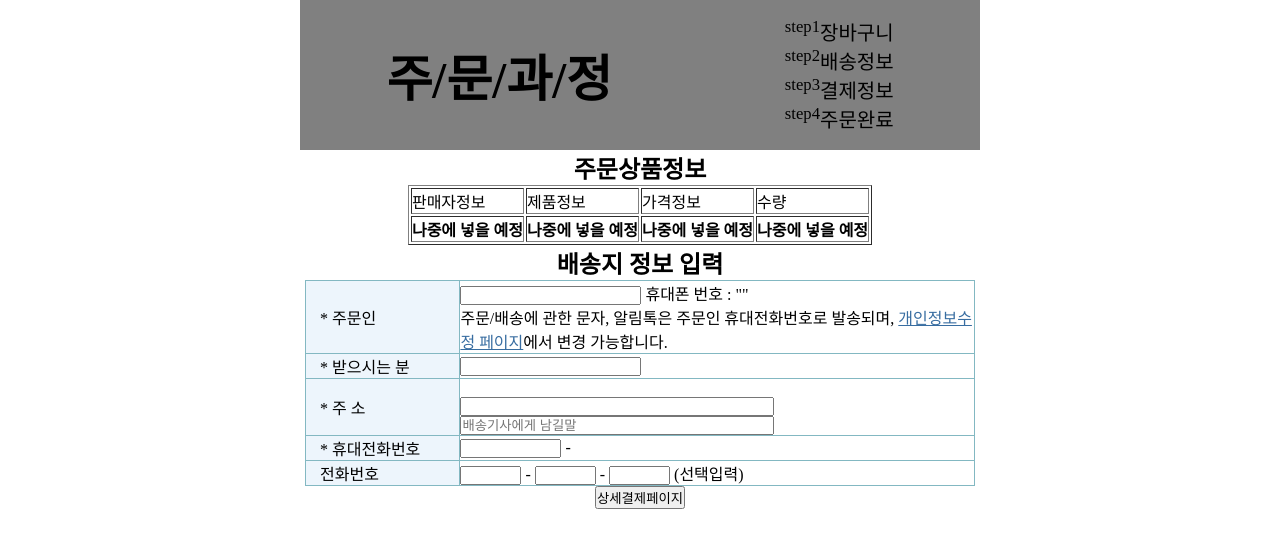
Repository: kym-1000/book
Page: http://localhost/book/WEB-INF/views/cart/ShippingInformation.jsp
An editor plug-in stored every save of this project. The page is shown before and after the next save, followed by the edit.
The browser window is 1280 px wide. The pictures show the whole page.
The page is served by Tomcat 9. Nobody is signed in. Other server files are loaded and not shown. The template is opened directly, without the code that normally fills it, so the values that code supplies are empty.

Above is the page before, as saved 2023-01-03 08:50:21.

### book/book/src/main/webapp/WEB-INF/views/cart/ShippingInformation.jsp
<%@ page language="java" contentType="text/html; charset=UTF-8"
    pageEncoding="UTF-8"%>
<%@ taglib uri="http://java.sun.com/jsp/jstl/core" prefix="c" %>

<!DOCTYPE html>
<html>
<head>
<meta charset="UTF-8">
<title>Insert title here</title>
<style type="text/css">


	*{
		margin: auto;
		padding: 0;
		}

	#productinfo{
		margin-left: 150px;
		margin-right: 150px;
		display : flex;
		align-items : center;
		}

	#DefaultAddr{
		margin-left: 150px;
		margin-right: 150px;
		display : flex;
		align-items : center;
		}

	#productprice{
		margin-left: 600px;
		margin-right: 600px;
		display : flex;
		align-items : center;
		border: 1 solid;
		text-align: center;
	}

	#btn{
		text-align: center;
		align-items : center;
		display : flex;
	}



</style>
</head>
<body>


<jsp:include page="../cart/cartheader.jsp"></jsp:include>

		<h2 style="text-align: center;">
			주문상품정보
		</h2>

	<div id="productinfo">
		<table border="1">
			<tr>
				<td>판매자정보</td>
				<td>제품정보</td>
				<td>가격정보</td>
				<td>수량</td>
			</tr>
			<tr>
				<th>나중에 넣을 예정</td>
				<th>나중에 넣을 예정</td>
				<th>나중에 넣을 예정</td>
				<th>나중에 넣을 예정</td>
			</tr>
		</table>
	</div>

	<h2 style="text-align: center;">배송지 정보 입력</h2>

	<form action="/cart/pay?mn=1" method="post">

		<div id="DefaultAddr">
			<table id="Table1" cellspacing="1" cellpadding="3" width="670" bgcolor="#83b8c2" border="0" align="center">
				<tbody>
				<tr>
					<td  bgcolor="#edf5fc" style="padding-left:14px; text-align: left; width: 23%"><span class="warning">* </span>주문인</td>
					<td bgcolor="#ffffff">
						<input type="text" name="OrdererName" class="form" value="${mvo.mem_id}" maxlength="20">

						 휴대폰 번호 : "${mvo.mem_cell_num}" <br>주문/배송에 관한 문자, 알림톡은 주문인 휴대전화번호로 발송되며,  <a style="color:#386da1" href="#" target="_blank">개인정보수정 페이지</a>에서 변경 가능합니다.

					</td>
				</tr>
				<tr>
					<td bgcolor="#edf5fc" style="padding-left:14px; text-align: left; width: 23%"><span class="warning">* </span>받으시는 분</td>
					<td bgcolor="#ffffff"><input class="form" type="text" maxlength="20" value="${mvo.mem_id}" name="ReceiverName">

					</td>
				</tr>

				<tr>
					<td bgcolor="#edf5fc" style="padding-left:14px; text-align: left; width: 23%"><span class="warning">*</span>
						주 소</td>
					<td bgcolor="#ffffff">

							<br>
							<input type="text" id="Address1" name="Address1" class="form" style="width:310px" maxlength="100" readonly="readonly" value="${mvo.mem_ad}">
							<br>
							<input type="text" id="Address2" name="Address2" class="form" style="width:310px" maxlength="100" value="" placeholder="배송기사에게 남길말">

					</td>
				</tr>
				<tr>
					<td bgcolor="#edf5fc" style="padding-left:14px; text-align: left; width: 23%"><span class="warning">* </span>휴대전화번호</td>
					<td bgcolor="#ffffff">
					<input class="form" type="text" maxlength="10" size="10" name="Hp1" value="${mvo.mem_cell_num}" readonly="readonly"> -



					</td>
				</tr>
				<tr>
					<td bgcolor="#edf5fc" style="padding-left:14px; text-align: left; width: 23%">
						전화번호</td>
					<td bgcolor="#ffffff">
					<input class="form" type="text" maxlength="4" size="5" name="Tel1" value=""> -
					 <input class="form" type="text" maxlength="4" size="5" name="Tel2" value=""> -
					  <input class="form" type="text" maxlength="4" size="5" name="Tel3" value=""> (선택입력)</td>
				</tr>
				</tbody></table>
		</div>


		<button type="submit" id="btn" >상세결제페이지</button>

		</form>




</body>
</html>

### book/book/src/main/webapp/WEB-INF/views/cart/cartheader.jsp
<%@ page language="java" contentType="text/html; charset=UTF-8"
    pageEncoding="UTF-8"%>
<%@ taglib uri="http://java.sun.com/jsp/jstl/core" prefix="c" %>
<!DOCTYPE html>
<html>
<head>
<meta charset="UTF-8">
<title>Insert title here</title>
<style type="text/css">

	#pagetop{
		margin-left: 300px;
		margin-right: 300px;
	    background-color: grey;
	    font-size: 20px;
		height: 150px;
		display : flex;
	  	/* justify-content : center; */
	  	align-items : center;
	}

</style>
</head>
<body>

	<div id="pagetop">
		<h2 style="text-align: left; font-size: 50px">
			주/문/과/정
		</h2>
		<div style="text-align: right;">

		<c:choose >
		<c:when test="${msg eq 1}">
		<div style="color: red">
		<sup>step1</sup>장바구니
		</div>
		</c:when>
		<c:otherwise>
		<div>
		<sup>step1</sup>장바구니
		</div>
		</c:otherwise>
		</c:choose>

		<c:choose>
		<c:when test="${msg eq 2}">
		<div style="color: red">
		<sup>step2</sup>배송정보
		</div>
		</c:when>
		<c:otherwise>
		<div>
		<sup>step2</sup>배송정보
		</div>
		</c:otherwise>
		</c:choose>

		<c:choose>
		<c:when test="${msg eq 3}">
		<div style="color: red">
		<sup>step3</sup>결제정보
		</div>
		</c:when>
		<c:otherwise>
		<div>
		<sup>step3</sup>결제정보
		</div>
		</c:otherwise>
		</c:choose>

		<c:choose>
		<c:when test="${msg eq 4}">
		<div style="color: red">
		<sup>step4</sup>주문완료
		</div>
		</c:when>
		<c:otherwise>
		<div>
		<sup>step4</sup>주문완료
		</div>
		</c:otherwise>
		</c:choose>

		</div>
	</div>

</body>
</html>

After the next save:
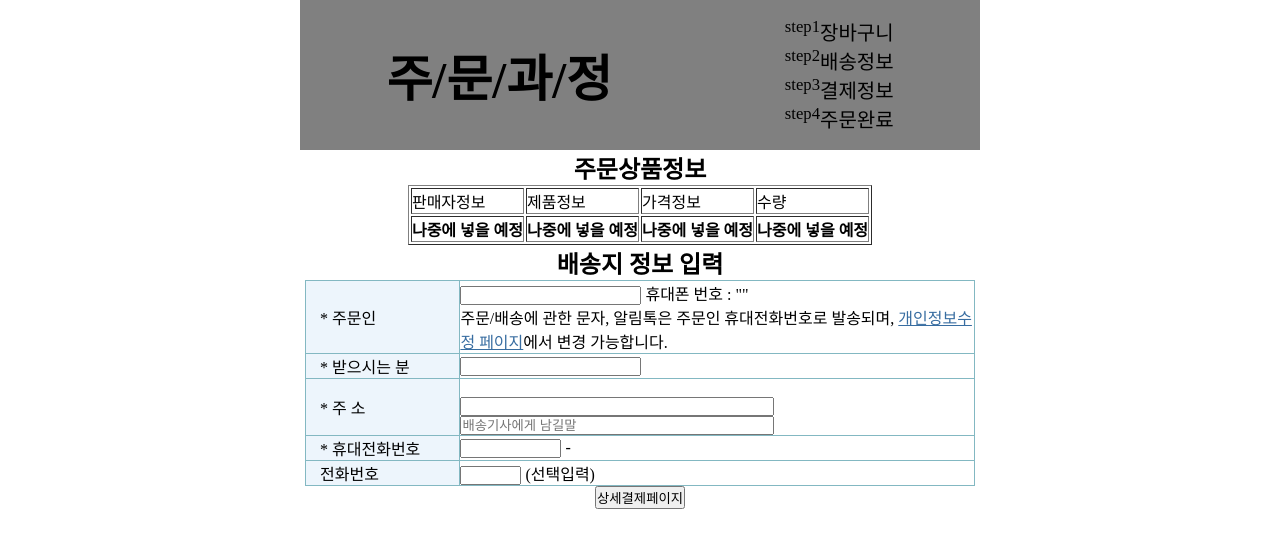
Saved 18 s later.
--- a/book/book/src/main/webapp/WEB-INF/views/cart/ShippingInformation.jsp
+++ b/book/book/src/main/webapp/WEB-INF/views/cart/ShippingInformation.jsp
@@ -122,8 +122,6 @@
 					<td bgcolor="#edf5fc" style="padding-left:14px; text-align: left; width: 23%">
 						전화번호</td>
 					<td bgcolor="#ffffff">
-					<input class="form" type="text" maxlength="4" size="5" name="Tel1" value=""> -
-					 <input class="form" type="text" maxlength="4" size="5" name="Tel2" value=""> -
 					  <input class="form" type="text" maxlength="4" size="5" name="Tel3" value=""> (선택입력)</td>
 				</tr>
 				</tbody></table>
